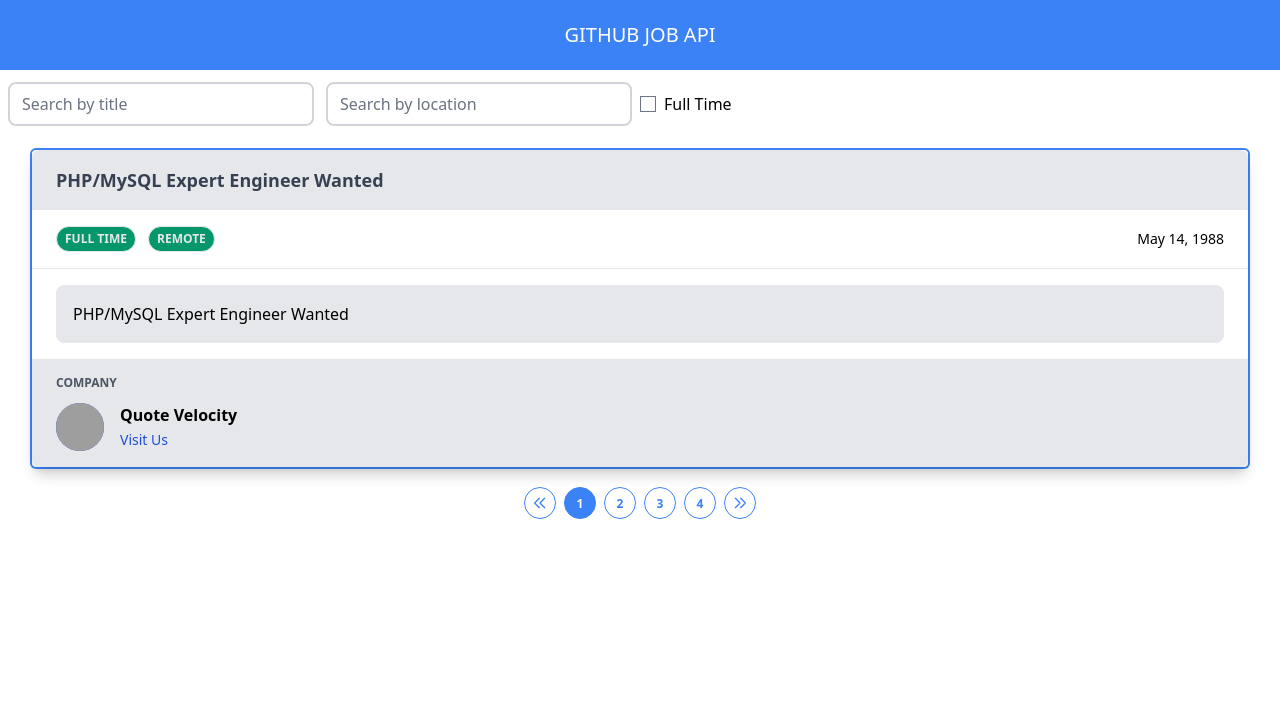
Repository: ShamroOoz/Github-job-api-React-Tailwind
Page: /
These files come from the project's save history. The page is drawn as it stood at one moment and after the next save; the edit follows.
The browser window is 1280 px wide. The pictures show the whole page.
Pictures or frames that could not be fetched are drawn as grey boxes. The page's requests for data from a server got no answer. The project was rebuilt for these pictures with package versions that can differ from the ones it lists, and the page was loaded fresh each time. No one was signed in, and anything a server would have sent is missing. Also part of the build but not shown: craco.config.js, src/components/Spinner.js, src/components/Alert.js.

Above is the page before, as saved 2021-03-21 18:30:58.

After the next save:
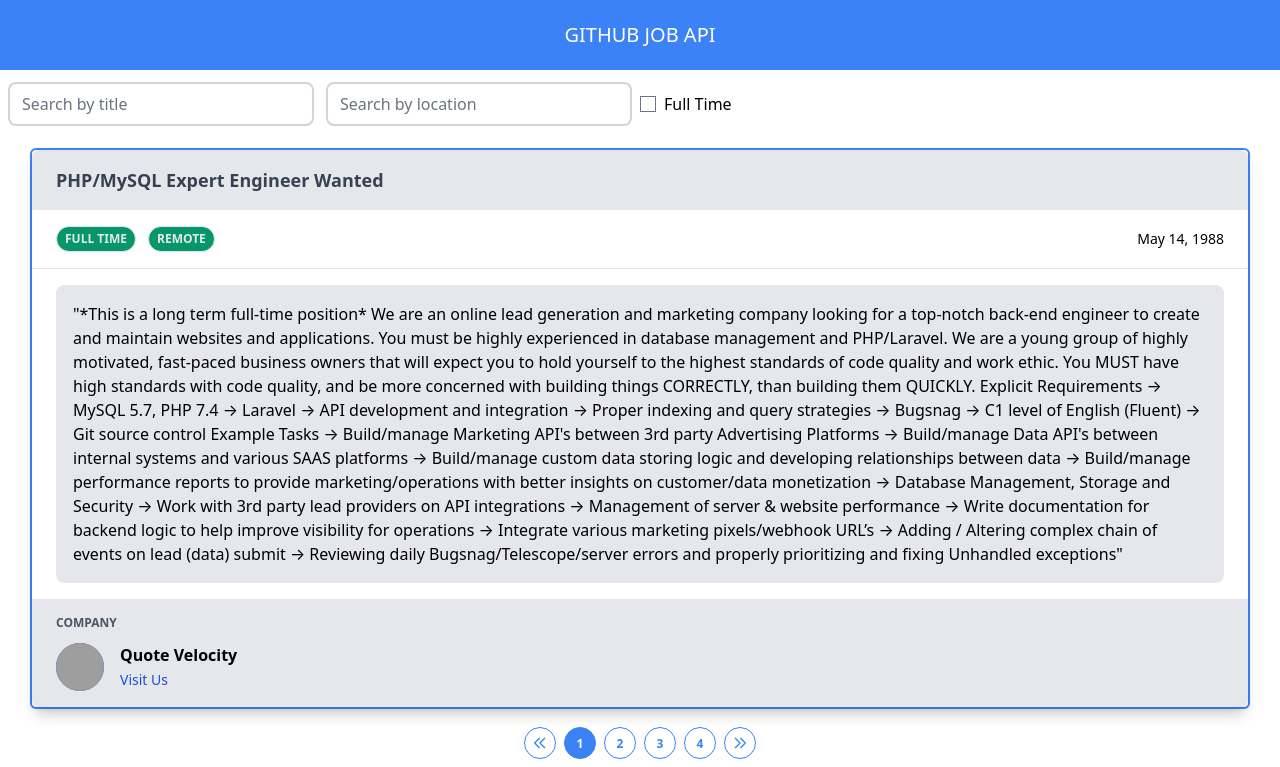
Saved 72 s later.
--- a/src/components/Reducer/Job.js
+++ b/src/components/Reducer/Job.js
@@ -22,7 +22,33 @@
 
         <div className="px-6 py-4 border-t border-gray-200">
           <div className="border rounded-lg p-4 bg-gray-200">
-            PHP/MySQL Expert Engineer Wanted
+            <span>
+              "*This is a long term full-time position* We are an online lead
+              generation and marketing company looking for a top-notch back-end
+              engineer to create and maintain websites and applications. You
+              must be highly experienced in database management and PHP/Laravel.
+              We are a young group of highly motivated, fast-paced business
+              owners that will expect you to hold yourself to the highest
+              standards of code quality and work ethic. You MUST have high
+              standards with code quality, and be more concerned with building
+              things CORRECTLY, than building them QUICKLY. Explicit
+              Requirements → MySQL 5.7, PHP 7.4 → Laravel → API development and
+              integration → Proper indexing and query strategies → Bugsnag → C1
+              level of English (Fluent) → Git source control Example Tasks →
+              Build/manage Marketing API's between 3rd party Advertising
+              Platforms → Build/manage Data API's between internal systems and
+              various SAAS platforms → Build/manage custom data storing logic
+              and developing relationships between data → Build/manage
+              performance reports to provide marketing/operations with better
+              insights on customer/data monetization → Database Management,
+              Storage and Security → Work with 3rd party lead providers on API
+              integrations → Management of server & website performance → Write
+              documentation for backend logic to help improve visibility for
+              operations → Integrate various marketing pixels/webhook URL’s →
+              Adding / Altering complex chain of events on lead (data) submit →
+              Reviewing daily Bugsnag/Telescope/server errors and properly
+              prioritizing and fixing Unhandled exceptions"
+            </span>
           </div>
         </div>
 

After the 2 saves that followed:
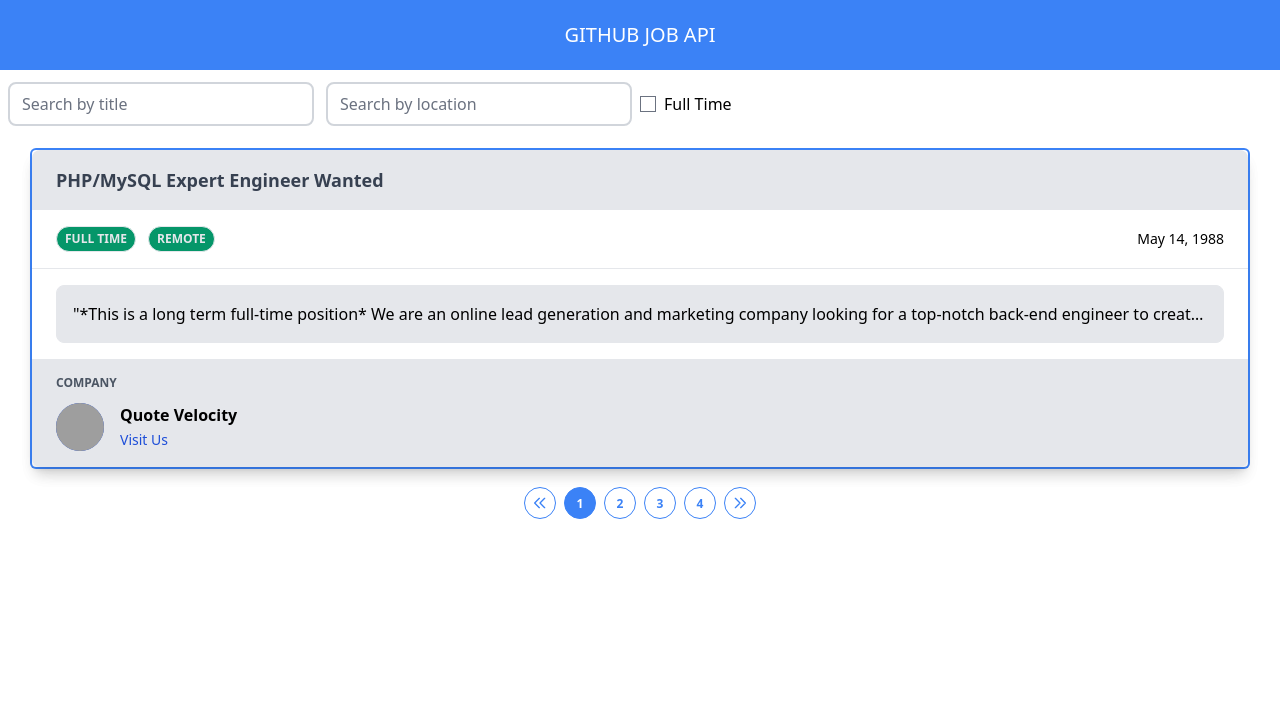
The 2 saves are shown as one change because 1 left the picture as it was.
The last was saved 2 min 16 s later.
--- a/src/components/Reducer/Job.js
+++ b/src/components/Reducer/Job.js
@@ -21,7 +21,7 @@
         </div>
 
         <div className="px-6 py-4 border-t border-gray-200">
-          <div className="border rounded-lg p-4 bg-gray-200">
+          <div className="border rounded-lg p-4 bg-gray-200 truncate ">
             <span>
               "*This is a long term full-time position* We are an online lead
               generation and marketing company looking for a top-notch back-end
